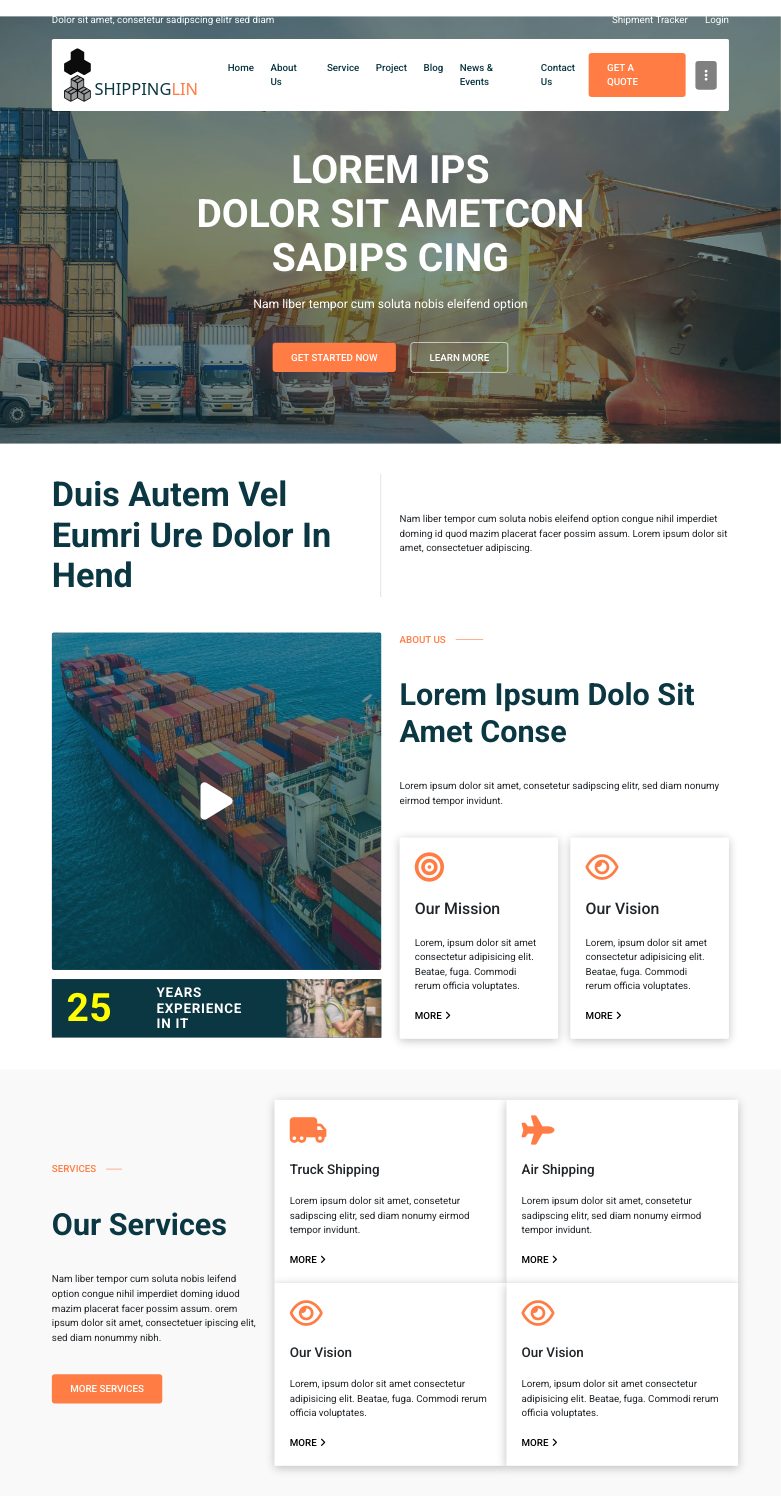
Repository: nazmulalok/shipping-theme
Page: index.html
These files come from the project's save history. The page is drawn as it stood at one moment and after the next save; the edit follows.
The browser window is 1280 px wide. The pictures show the whole page, at 61% of full size.
Some web libraries are served in a nearby version.

Above is the page before, as saved 2022-10-08 23:04:04.

### index.html
<!DOCTYPE html>
<html lang="en">

    <head>
        <meta charset="UTF-8">
        <meta http-equiv="X-UA-Compatible" content="IE=edge">
        <meta name="viewport" content="width=device-width, initial-scale=1.0">
        <link rel="preconnect" href="https://fonts.googleapis.com">
        <link rel="preconnect" href="https://fonts.gstatic.com" crossorigin>
        <link
            href="https://fonts.googleapis.com/css2?family=Roboto:ital,wght@0,300;0,400;0,500;0,700;0,900;1,300;1,400;1,500;1,700;1,900&display=swap"
            rel="stylesheet">
        <link rel="stylesheet" href="https://cdnjs.cloudflare.com/ajax/libs/font-awesome/6.2.0/css/all.min.css"
            integrity="sha512-xh6O/CkQoPOWDdYTDqeRdPCVd1SpvCA9XXcUnZS2FmJNp1coAFzvtCN9BmamE+4aHK8yyUHUSCcJHgXloTyT2A=="
            crossorigin="anonymous" referrerpolicy="no-referrer" />
        <link rel="stylesheet" href="https://cdn.jsdelivr.net/npm/bootstrap@4.0.0/dist/css/bootstrap.min.css"
            integrity="sha384-Gn5384xqQ1aoWXA+058RXPxPg6fy4IWvTNh0E263XmFcJlSAwiGgFAW/dAiS6JXm" crossorigin="anonymous">
        <link rel="stylesheet" href="style.css">
        <title>Document</title>
    </head>

    <body>
        <header class="header-top">
            <div class="container">
                <div class="top-bar">
                    <p class="m-0">Dolor sit amet, consetetur sadipscing elitr sed diam</p>
                    <div>
                        <span class="mr-4">Shipment Tracker</span>
                        <span>Login</span>
                    </div>
                </div>
                <div class="header-area">
                    <div class="logo">
                        <img src="images/box.svg" alt="Logo Box" class="me-2">
                        <img src="images/shipping-logo.svg" alt="Shipping Logo">
                    </div>
                    <nav>
                        <ul>
                            <li><a href="#">Home</a></li>
                            <li><a href="#">About Us</a></li>
                            <li><a href="#">Service</a></li>
                            <li><a href="#">Project</a></li>
                            <li><a href="#">Blog</a></li>
                            <li><a href="#">News & Events</a></li>
                            <li><a href="#">Contact Us</a></li>
                        </ul>
                    </nav>
                    <div class="nav-btn">
                        <a class="common-btn mr-3" href="#">Get A Quote</a>
                        <i class="fa-solid fa-ellipsis-vertical"></i>
                    </div>
                </div>
            </div>
        </header>
        <!-- Slider -->
        <section>
            <div class="main-slider">
                <div class="container">
                    <div class="slide-content">
                        <div class="slide-text">
                            <div class="slider-title mb-4">Lorem ips<br>
                                dolor sit ametcon<br>
                                sadips cing</div>
                            <p>Nam liber tempor cum soluta nobis eleifend option</p>
                            <div class="sliderBtn mt-5"><a class="common-btn mr-4" href="#">Get Started Now</a><a
                                    class="common-btn outline-btn" href="#">Learn More</a></div>
                        </div>
                    </div>
                </div>
            </div>
        </section>
        <!-- Slider Ends -->
        <div class="common-sec">
            <div class="container">
                <div class="row align-items-center mb-5">
                    <div class="col-lg-6">
                        <h1 class="border-heading">Duis Autem Vel Eumri
                            Ure Dolor In Hend</h1>
                    </div>
                    <div class="col-lg-6">
                        <p class="ms-4">Nam liber tempor cum soluta nobis eleifend option congue nihil imperdiet doming
                            id quod mazim
                            placerat facer possim assum. Lorem ipsum dolor sit amet, consectetuer adipiscing.</p>
                    </div>
                </div>
                <div class="row mt-5">
                    <div class="col-lg-6">
                        <div class="video-box img-box img-shadow">
                            <img src="images/ship-products.jpg" alt="Ship Products" />
                            <a data-fancybox="" href="" class="video-btn">
                                <i class="fa fa-play"></i>
                            </a>
                        </div>
                        <div class="exp-section">
                            <div class="exp-title ml-4">
                                25
                            </div>
                            <div class="exp-paragraph">
                                Years <br>Experience <br>In It
                            </div>
                            <img src="images/exp-bg.png" alt="Experience">
                        </div>
                    </div>
                    <div class="col-lg-6">
                        <span class="sp-title">About Us</span>
                        <h2 class="mb-5">Lorem Ipsum Dolo
                            Sit Amet Conse</h2>
                        <p class="mb-5">Lorem ipsum dolor sit amet, consetetur sadipscing elitr, sed diam nonumy eirmod
                            tempor
                            invidunt.</p>
                        <div class="boxes">
                            <div class="common-box">
                                <div class="content">
                                    <i class="fa-solid fa-bullseye mb-4"></i>
                                    <div class="box-title mb-4">
                                        Our Mission
                                    </div>
                                    <p class="mb-4">Lorem, ipsum dolor sit amet consectetur adipisicing elit. Beatae,
                                        fuga. Commodi
                                        rerum
                                        officia voluptates.</p>
                                    <a href="#" class="more-btn">More</a>
                                </div>
                            </div>
                            <div class="common-box">
                                <div class="content">
                                    <i class="fa-regular fa-eye mb-4"></i>
                                    <div class="box-title mb-4">
                                        Our Vision
                                    </div>
                                    <p class="mb-4">Lorem, ipsum dolor sit amet consectetur adipisicing elit. Beatae,
                                        fuga. Commodi
                                        rerum
                                        officia voluptates.</p>
                                    <a href="#" class="more-btn">More</a>
                                </div>
                            </div>
                        </div>
                    </div>
                </div>
            </div>
        </div>
        <div class="common-sec service-sec">
            <div class="container">
                <div class="row align-items-center">
                    <div class="col-lg-4">
                        <span class="sp-title">Services</span>
                        <h2 class="mb-5">Our Services</h2>
                        <p class="mb-5">Nam liber tempor cum soluta nobis leifend option congue nihil imperdiet doming
                            iduod mazim placerat facer possim assum. orem ipsum dolor sit amet, consectetuer ipiscing
                            elit, sed diam nonummy nibh.</p>
                        <a href="#" class="common-btn">More Services</a>
                    </div>
                    <div class="col-lg-8">
                        <div class="row">
                            <div class="col-lg-6 p-0">
                                <div class="common-box">
                                    <div class="content">
                                        <i class="fa-solid fa-truck-moving mb-4"></i>
                                        <div class="box-title mb-4">
                                            Truck Shipping
                                        </div>
                                        <p class="mb-4">Lorem ipsum dolor sit amet, consetetur sadipscing elitr, sed
                                            diam nonumy eirmod tempor invidunt.</p>
                                        <a href="#" class="more-btn">More</a>
                                    </div>
                                </div>
                            </div>
                            <div class="col-lg-6 p-0">
                                <div class="common-box">
                                    <div class="content">
                                        <i class="fa-solid fa-plane mb-4"></i>
                                        <div class="box-title mb-4">
                                            Air Shipping
                                        </div>
                                        <p class="mb-4">Lorem ipsum dolor sit amet, consetetur sadipscing elitr, sed
                                            diam nonumy eirmod tempor invidunt.</p>
                                        <a href="#" class="more-btn">More</a>
                                    </div>
                                </div>
                            </div>
                            <div class="col-lg-6 p-0">
                                <div class="common-box">
                                    <div class="content">
                                        <i class="fa-regular fa-eye mb-4"></i>
                                        <div class="box-title mb-4">
                                            Our Vision
                                        </div>
                                        <p class="mb-4">Lorem, ipsum dolor sit amet consectetur adipisicing elit.
                                            Beatae,
                                            fuga. Commodi
                                            rerum
                                            officia voluptates.</p>
                                        <a href="#" class="more-btn">More</a>
                                    </div>
                                </div>
                            </div>
                            <div class="col-lg-6 p-0">
                                <div class="common-box">
                                    <div class="content">
                                        <i class="fa-regular fa-eye mb-4"></i>
                                        <div class="box-title mb-4">
                                            Our Vision
                                        </div>
                                        <p class="mb-4">Lorem, ipsum dolor sit amet consectetur adipisicing elit.
                                            Beatae,
                                            fuga. Commodi
                                            rerum
                                            officia voluptates.</p>
                                        <a href="#" class="more-btn">More</a>
                                    </div>
                                </div>
                            </div>
                        </div>
                    </div>
                </div>
            </div>
        </div>














        <script src="https://code.jquery.com/jquery-3.2.1.slim.min.js"
            integrity="sha384-KJ3o2DKtIkvYIK3UENzmM7KCkRr/rE9/Qpg6aAZGJwFDMVNA/GpGFF93hXpG5KkN"
            crossorigin="anonymous"></script>
        <script src="https://cdn.jsdelivr.net/npm/popper.js@1.12.9/dist/umd/popper.min.js"
            integrity="sha384-ApNbgh9B+Y1QKtv3Rn7W3mgPxhU9K/ScQsAP7hUibX39j7fakFPskvXusvfa0b4Q"
            crossorigin="anonymous"></script>
        <script src="https://cdn.jsdelivr.net/npm/bootstrap@4.0.0/dist/js/bootstrap.min.js"
            integrity="sha384-JZR6Spejh4U02d8jOt6vLEHfe/JQGiRRSQQxSfFWpi1MquVdAyjUar5+76PVCmYl"
            crossorigin="anonymous"></script>
    </body>

</html>

### style.css
/* Common CSS Starts*/
*,
*::before,
*::after {
    box-sizing: border-box;
    margin: 0;
    padding: 0;
}

html {
    scroll-behavior: smooth;
}

:root {
    --main-color: #FF7D44;
    --secondary-color: #0B3742;
    --tertiary-color: #FFFFFF;
}

body {
    font-family: 'Roboto', sans-serif;
}

a.white-space {
    white-space: nowrap;
}

/* Common CSS Ends */

/* slider style starts */

.main-slider>* {
    z-index: 10;
}

.main-slider {
    background: url(images/shipping-banner.jpg);
    height: 700px;
    width: 100%;
    background-size: cover;
    background-repeat: no-repeat;
    background-position: center;
    position: relative;
    display: flex;
    align-items: center;
    transition: all 1s;
    margin-top: -155px;
    z-index: 50;
}

.main-slider:before {
    content: '';
    width: 100%;
    height: 100%;
    top: 0;
    left: 0;
    position: absolute;
    background-color: rgb(11 55 66 / 55%);
    z-index: 1;
}

.slide-content {
    text-align: center;
}

.slide-text {
    color: var(--tertiary-color);
    padding-top: 100px;
}

.slider-title {
    font-size: 4rem;
    font-weight: 600;
    line-height: 4.5rem;
    text-transform: uppercase;
}

.slide-text p {
    font-size: 20px;
}

a.common-btn {
    display: inline-block;
    text-decoration: none;
    color: var(--tertiary-color);
    background: var(--main-color);
    padding: 12px 30px;
    border-radius: 5px;
    font-size: 16px;
    font-weight: 500;
    text-transform: uppercase;
    transition: all 1s ease;
}

a.common-btn:hover {
    background: var(--tertiary-color);
    color: var(--secondary-color);
}

a.common-btn.outline-btn {
    background: transparent !important;
    border: 1px solid var(--tertiary-color);
}

a.common-btn.outline-btn:hover {
    background: var(--tertiary-color) !important;
}

/* Header style starts */

.header-top {
    z-index: 100;
    background: transparent;
    position: relative;
}

.top-bar,
.header-area {
    display: flex;
    justify-content: space-between;
    align-items: center;
    color: var(--tertiary-color);
}

.top-bar {
    padding: 20px 0px;
}

.header-area {
    background: var(--tertiary-color);
    padding: 15px 20px;
    border-radius: 3px;
}

nav ul {
    list-style-type: none;
    color: var(--secondary-color);
    display: flex;
    gap: 1.7rem;
    margin: 0;
}

nav ul a {
    color: var(--secondary-color);
    text-decoration: none;
    font-size: 16px;
    font-weight: 500;
    transition: all 0.5s;
}

nav ul a:hover {
    color: var(--main-color);
    transition: all 0.5s;
}

.nav-btn {
    align-items: center;
    display: flex;
}

.nav-btn i {
    color: var(--tertiary-color);
    font-size: 21px;
    background: gray;
    padding: 13px 15px;
    border-radius: 5px;
}

/* Headings Styles */

h1 {
    font-size: 56px;
}

h2 {
    font-size: 50px;
}

h3 {
    font-size: 44px;
}

h4 {
    font-size: 38px;
}

h5 {
    font-size: 32px;
}

h6 {
    font-size: 26px;
}

h1,
h2,
h3,
h4,
h5,
h6 {
    font-weight: 700;
    margin-bottom: 10px;
    color: var(--secondary-color);
}

/* Section Styles */

.py-50,
.common-sec {
    padding-top: 50px;
    padding-bottom: 50px;
}

.common-sec {
    position: relative;
    z-index: 0;
    overflow: hidden;
}

.common-sec:nth-child(even):before {
    content: "";
    position: absolute;
    width: 1000%;
    height: 100%;
    top: 50%;
    left: 50%;
    transform: translate(-50%, -50%);
    background-color: #f9f9f9;
    border-bottom: 1px solid #f6f6f6;
    z-index: -1;
}

/* Image box style */

.img-box {
    border-radius: 3px;
    transition: 0.5s;
    margin-bottom: 15px;
    text-align: center;
    position: relative;
}

.img-box img {
    border-radius: 3px;
}

.img-box:last-child {
    margin-bottom: 0;
}

figure.img-box img+figcaption {
    margin-top: 10px;
    text-align: left;
    padding: 10px;
    border-radius: 3px;
    box-shadow: -5px 5px 20px 0 rgb(0 0 0 / 5%);
}

.img-box.img-shadow:before {
    content: '';
    width: 100%;
    height: 100%;
    position: absolute;
    top: 0;
    left: 0;
    background-color: rgb(11 55 66 / 55%);
    border-radius: 3px;
}

/* Video Box */

.video-box {
    position: relative;
}

.video-box img {
    border-radius: 3px;
    width: 100%;
}

.video-btn {
    position: absolute;
    text-align: center;
    color: var(--tertiary-color);
    font-size: 30px;
    border: none;
    left: 50%;
    top: 50%;
    -webkit-transform: translate(-50%, -50%);
    transform: translate(-50%, -50%);
    display: flex;
    justify-content: center;
    align-items: center;
    text-decoration: none !important;
    box-shadow: none;
    transition: 0.5s;
}

.video-btn .fa-play {
    color: var(--tertiary-color);
    position: relative;
    z-index: 99;
    -webkit-transition: color 0.5s;
    transition: 0.5s;
    text-decoration: none;
    line-height: 80px;
    font-size: 70px;
}

.video-btn:hover {
    color: inherit;
}

.video-btn:hover .fa-play {
    color: var(--main-color);
}

.video-btn:before,
.video-btn:after {
    display: none;
}

/* Common Box Styles */

.common-box {
    box-shadow: rgb(0 0 0 / 24%) 0px 3px 15px;
    height: 100%;
    background-color: #fff;
    border-radius: 3px;
    transition: all 0.5s ease;
}

.common-box>.img-box {
    margin-bottom: 0;
}

.common-box .common-heading:last-child,
.common-box p:last-child,
.common-box ul:last-child,
.common-box ul:last-child li:last-child,
.common-box .img-box:last-child {
    margin-bottom: 0;
}

.common-box>.content {
    padding: 25px;
}

/* Other CSS Starts */

.border-heading {
    border-right: 2px solid #E8E8E8;
}

.sp-title {
    display: flex;
    text-transform: uppercase;
    color: var(--main-color);
    font-weight: 500;
    align-items: center;
    margin-bottom: 3rem;
}

.sp-title:after {
    content: '';
    width: 20px;
    height: 1px;
    background: var(--main-color);
    flex: 0.1;
    margin-left: 1rem;
}

.boxes {
    display: grid;
    grid-template-columns: 1fr 1fr;
    grid-gap: 20px;
}

.common-box i {
    color: var(--main-color);
    font-size: 48px;
}

.common-box .box-title {
    font-size: 26px;
    font-weight: 500;
}

.common-box:hover {
    background-color: var(--main-color);
    color: var(--tertiary-color);
    transition: all 0.5s ease;
}

.common-box:hover i {
    color: var(--tertiary-color);
    transition: all 1s ease;
}

.exp-section {
    background: var(--secondary-color);
    display: flex;
    align-items: center;
    justify-content: space-between;
}

.exp-section .exp-title {
    color: #FFFF00;
    font-size: 64px;
    font-weight: 600;
    letter-spacing: 0.5px;
}

.exp-section .exp-paragraph {
    color: var(--tertiary-color);
    font-size: 22px;
    font-weight: 600;
    line-height: normal;
    text-transform: uppercase;
    letter-spacing: 1.2px;
}

.exp-section img {
    width: 155px;
}

a.more-btn {
    display: inline-block;
    color: #000;
    font-size: 16px;
    font-weight: 500;
    text-transform: uppercase;
    text-decoration: none;
}

a.more-btn:after {
    content: '\f105';
    font-family: 'FontAwesome';
    margin-left: 5px;

}

.common-box:hover a.more-btn {
    color: var(--tertiary-color);
}

/* Service Section */

.service-sec .common-box {
    border-radius: 0px;
}

.service-sec .common-box .box-title {
    font-size: 22px;
    font-weight: 500;
}

After the next save:
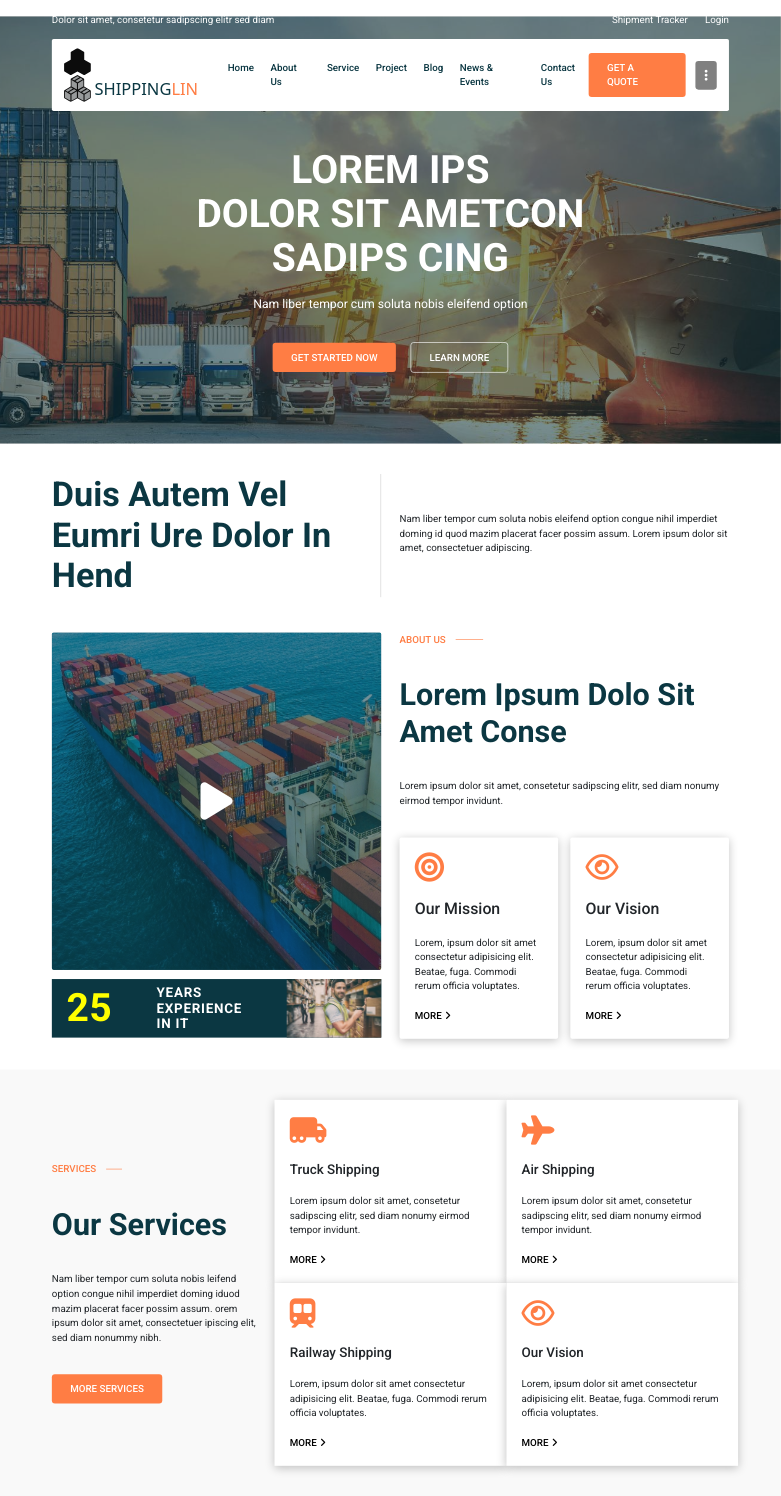
Saved 51 s later.
--- a/index.html
+++ b/index.html
@@ -182,9 +182,9 @@
                             <div class="col-lg-6 p-0">
                                 <div class="common-box">
                                     <div class="content">
-                                        <i class="fa-regular fa-eye mb-4"></i>
-                                        <div class="box-title mb-4">
-                                            Our Vision
+                                        <i class="fa-solid fa-train-subway mb-4"></i>
+                                        <div class="box-title mb-4">
+                                            Railway Shipping
                                         </div>
                                         <p class="mb-4">Lorem, ipsum dolor sit amet consectetur adipisicing elit.
                                             Beatae,
